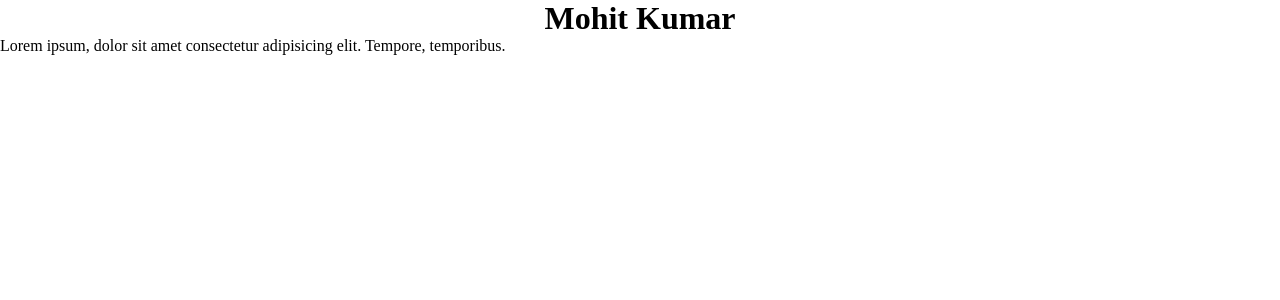
Repository: Mohitkumar1322/FrontendPracticee
Page: Javascript/index.html
The author's editor kept a copy of each file at every save. The page is drawn from the files as they stood at one save, then again after a run of saves.
The browser window is 1280 px wide. The pictures show the whole page.

Above is the page before, as saved 2025-07-10 10:01:06.

### Javascript/index.html
<!DOCTYPE html>
<html lang="en">
<head>
    <meta charset="UTF-8">
    <meta name="viewport" content="width=device-width, initial-scale=1.0">
    <title>Document</title>
    <link rel="stylesheet" href="style.css">
</head>
<body>
    <h1 class="heading">Mohit Kumar </h1>
    <p id ="demo">Lorem ipsum, dolor sit amet consectetur adipisicing elit. Tempore, temporibus.</p>

    <script src="script.js"></script>
</body>
</html>

### Javascript/style.css
*{
    margin:0;
    padding:0;
}
.heading{
    text-align: center;
    background-color: ;
}

### Javascript/script.js
let p =document.getElementById("demo");
console.dir(p);


let chanege=document.getElementById("demo");

chanege.innerHTML;

After the next 2 saves:
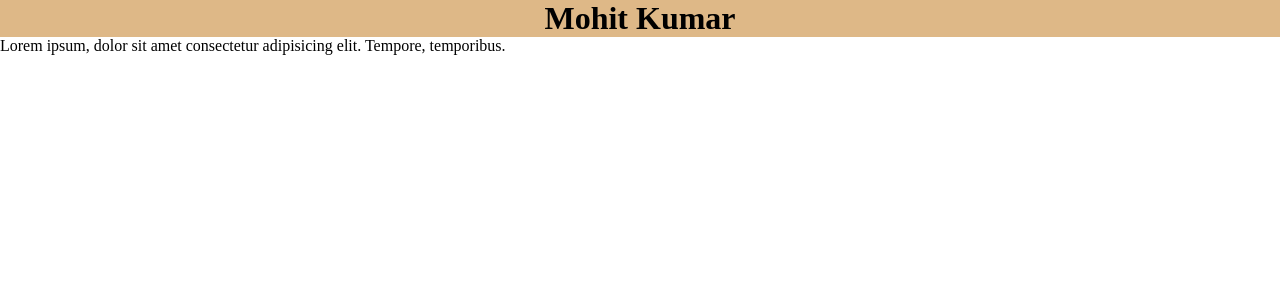
The 2 saves are shown as one change because they came seconds apart.
The last was saved 15 s later.
--- a/Javascript/style.css
+++ b/Javascript/style.css
@@ -4,5 +4,5 @@
 }
 .heading{
     text-align: center;
-    background-color: ;
+    background-color: burlywood;
 }
